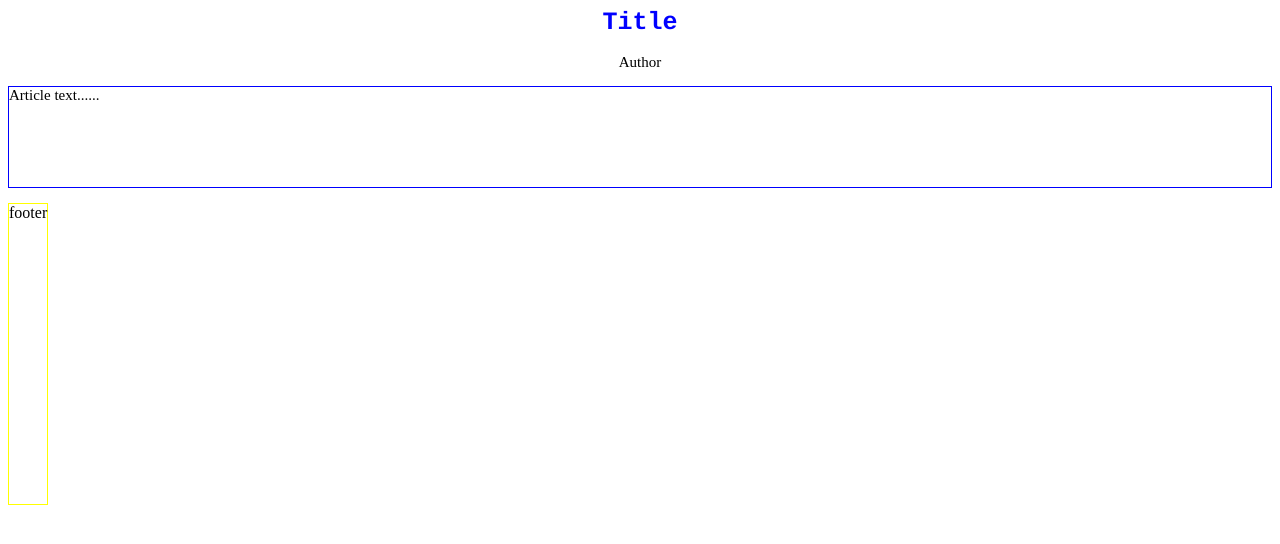
Repository: shahdhavalin/product-school
Page: index.html
The author's editor kept a record of every edit. The page is drawn from the files as they stood at one moment, then again after the next edit.
The browser window is 1280 px wide. The pictures show the whole page.

Above is the page before.

After the next edit:
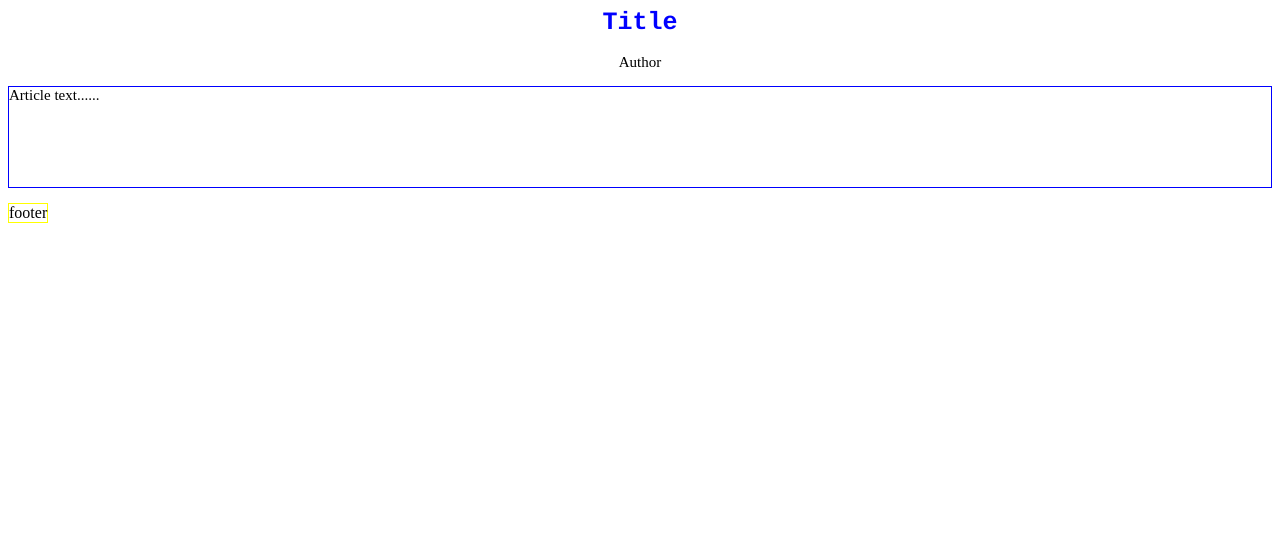
The edit:
--- a/index.html
+++ b/index.html
@@ -17,7 +17,8 @@
                 display: inline-block;
                 border: 1px solid yellow;
                 border-width: 1px;
-                height: 300px;
+                height: 300px
+                width: 640px;
             }
 
         </style>
